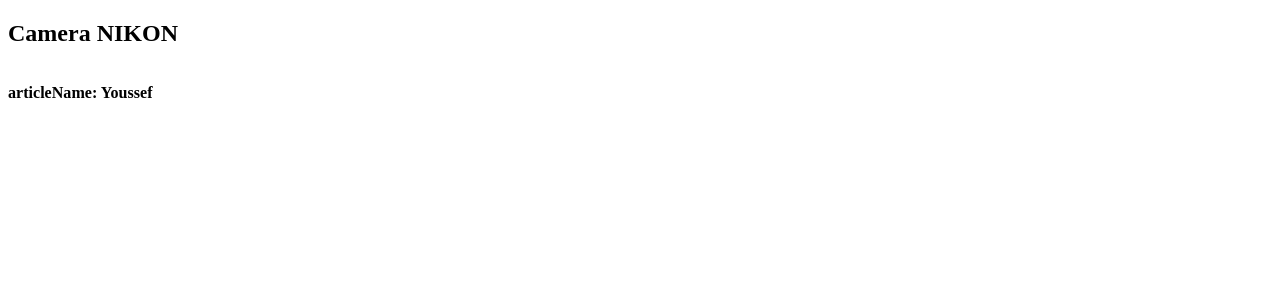
Repository: FS-23/react-get-started-demos
Page: /
These files come from the project's save history. The page is drawn as it stood at one moment and after the next save; the edit follows.
The browser window is 1280 px wide. The pictures show the whole page.
The project was rebuilt for these pictures with package versions that can differ from the ones it lists, and the page was loaded fresh each time. Also part of the build but not shown: src/pages/Home.js, src/pages/Contact.js.

Above is the page before, as saved 2022-04-28 11:41:34.

After the next save:
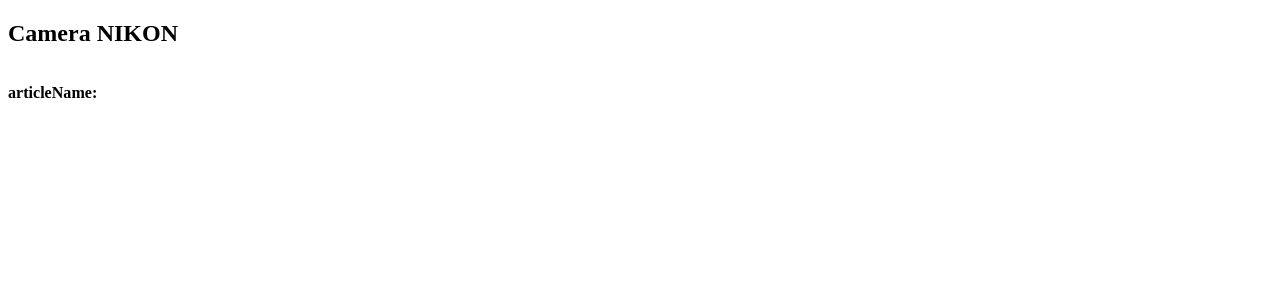
Saved 17 s later.
--- a/src/components/Article.js
+++ b/src/components/Article.js
@@ -1,7 +1,7 @@
 
 import { useState } from 'react'
 function Article(props){
-    let [articleName , setArtcleName] = useState('Youssef')
+    let [articleName , setArtcleName] = useState('')
     console.log('article props:', props)
     return (
         <h2>
